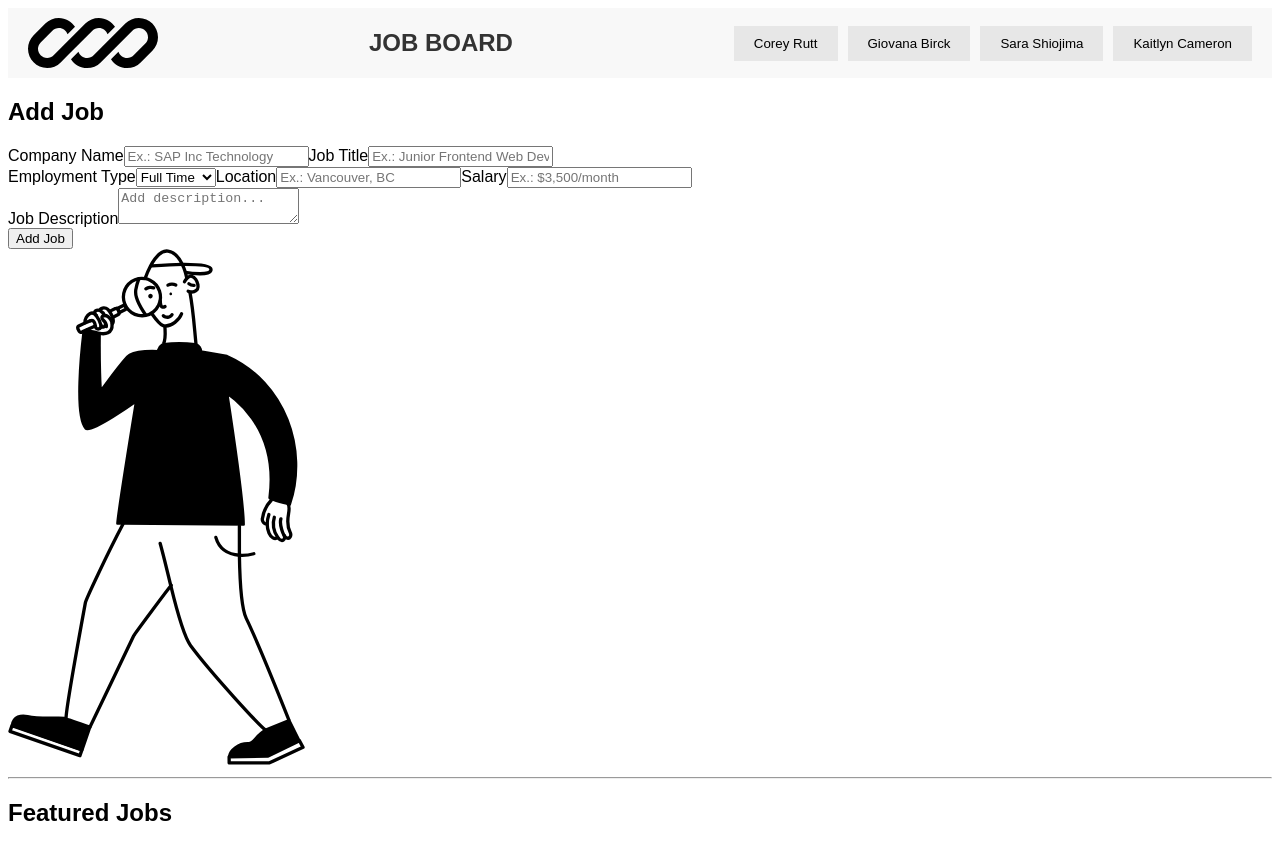
Repository: kcameron37/Final-Project-FrontEnd
Page: /
The author's editor kept a copy of each file at every save. The page is drawn from the files as they stood at one save, then again after the next save.
The browser window is 1280 px wide. The pictures show the whole page.
The project was rebuilt for these pictures with package versions that can differ from the ones it lists, and the page was loaded fresh each time.

Above is the page before, as saved 2023-11-14 20:02:43.

### src/App.js
import React, { useState } from 'react';

import styles from './styles.css';

import JobList from './components/JobList.js';
import AddJob from './components/AddJob.js';
import NavBar from './components/NavBar.js';


export default function App() {
  const [jobs, setJobs] = useState([]);

  const addJob = (job) => {
    setJobs([...jobs, job]);
  };

  const deleteJob = (index) => {
    const newJobs = jobs.filter((_, idx) => idx !== index);
    setJobs(newJobs);
  };

  return (
    <div className="App">
      <NavBar />
      <AddJob addJob={addJob} />
      <JobList jobs={jobs} deleteJob={deleteJob} />
    </div>
  );
}

### src/styles.css
.App {
  font-family: 'Rubik', sans-serif;
}

### src/components/JobList.js
import React from 'react';

export default function JobList({ jobs, deleteJob }) {
  return (
    <div>
      <hr />
      <h2>Featured Jobs</h2>
      {
        jobs.map((job, index) => (
          <div key={index} className="job-item">
            <h3>{job.jobTitle}</h3>
            <button onClick={() => console.log('Make Edit Do Something')}>Edit</button>
            <button onClick={() => deleteJob(index)}>Delete</button>
            <p>{job.companyName} • {job.employment} • {job.location} • {job.salary}</p>
            <p>{job.description}</p>
            <hr />
          </div>
        ))
      }
    </div>
  );
}

### src/components/AddJob.js
import React, { useState } from 'react';
import styles from './addJob.module.css';


export default function AddJob({ addJob }) {

    const [job, setJob] = useState({
        companyName: '',
        jobTitle: '',
        employment: 'Full Time',
        location: '',
        salary: '',
        description: ''
    });

    const handleSubmit = (e) => {
        e.preventDefault();
        addJob(job);
        setJob({ companyName: '', jobTitle: '', employment: 'Full Time', location: '', salary: '', description: '' });
    }

    const handleChange = (e) => {
        setJob({ ...job, [e.target.name]: e.target.value });
    };

    return (
        <form onSubmit={handleSubmit} className={styles.formContainer}>
            <h2>Add Job</h2>
            <div>
                <label>Company Name</label>
                <input
                    type="text"
                    name="companyName"
                    value={job.companyName}
                    onChange={handleChange}
                    placeholder="Ex.: SAP Inc Technology"
                />

                <label>Job Title</label>
                <input
                    type="text"
                    name="jobTitle"
                    value={job.jobTitle}
                    onChange={handleChange}
                    placeholder="Ex.: Junior Frontend Web Developer"
                />
            </div>

            <div>
                <label>Employment Type</label>
                <select name="employment" value={job.employment} onChange={handleChange}>
                    <option value="Full Time">Full Time</option>
                    <option value="Part Time">Part Time</option>
                </select>

                <label>Location</label>
                <input
                    type="text"
                    name="location"
                    value={job.location}
                    onChange={handleChange}
                    placeholder="Ex.: Vancouver, BC"
                />

                <label>Salary</label>
                <input
                    type="text"
                    name="salary"
                    value={job.salary}
                    onChange={handleChange}
                    placeholder="Ex.: $3,500/month"
                />
            </div>

            <div>
                <label>Job Description</label>
                <textarea
                    name="description"
                    value={job.description}
                    onChange={handleChange}
                    placeholder="Add description..."
                />
            </div>
            <button type="submit">Add Job</button>

            <div>
                <img src="/images/man.svg" alt="Logo" />
            </div>
        </form>
    );
}

### src/components/NavBar.js
import React from 'react';
import styles from './navBar.module.css';

export default function NavBar() {
    return (
        <div className={styles.navBar}>
            <img src="/images/logo.svg" alt="Logo" />
            <h2>JOB BOARD</h2>
            <div>
                <button>Corey Rutt</button>
                <button>Giovana Birck</button>
                <button>Sara Shiojima</button>
                <button>Kaitlyn Cameron</button>
            </div>
        </div>
    );
}

### src/components/navBar.module.css
.navBar {
    background-color: #f8f8f8;
    padding: 10px 20px;
    display: flex;
    align-items: center;
    justify-content: space-between;
  }

  .navBar img {
    height: 50px;
  }

  .navBar h2 {
    margin: 0;
    padding: 0;
    font-size: 24px;
    color: #333;
  }

  .navBar button {
    background-color: #e7e7e7;
    border: none;
    padding: 10px 20px;
    margin-left: 10px;
    cursor: pointer;
    transition: background-color 0.3s;
  }

  .navBar button:hover {
    background-color: #d7d7d7;
  }

### src/components/addJob.module.css
.form-container {
    max-width: 800px; /* Adjust the width as necessary */
    margin: 0 auto;
    padding: 20px;
    font-family: 'Rubik', sans-serif; /* Assuming you've imported the Rubik font as mentioned earlier */
}

Loaded but not shown: public/index.html (common file); src/index.js (common file)

After the next save:
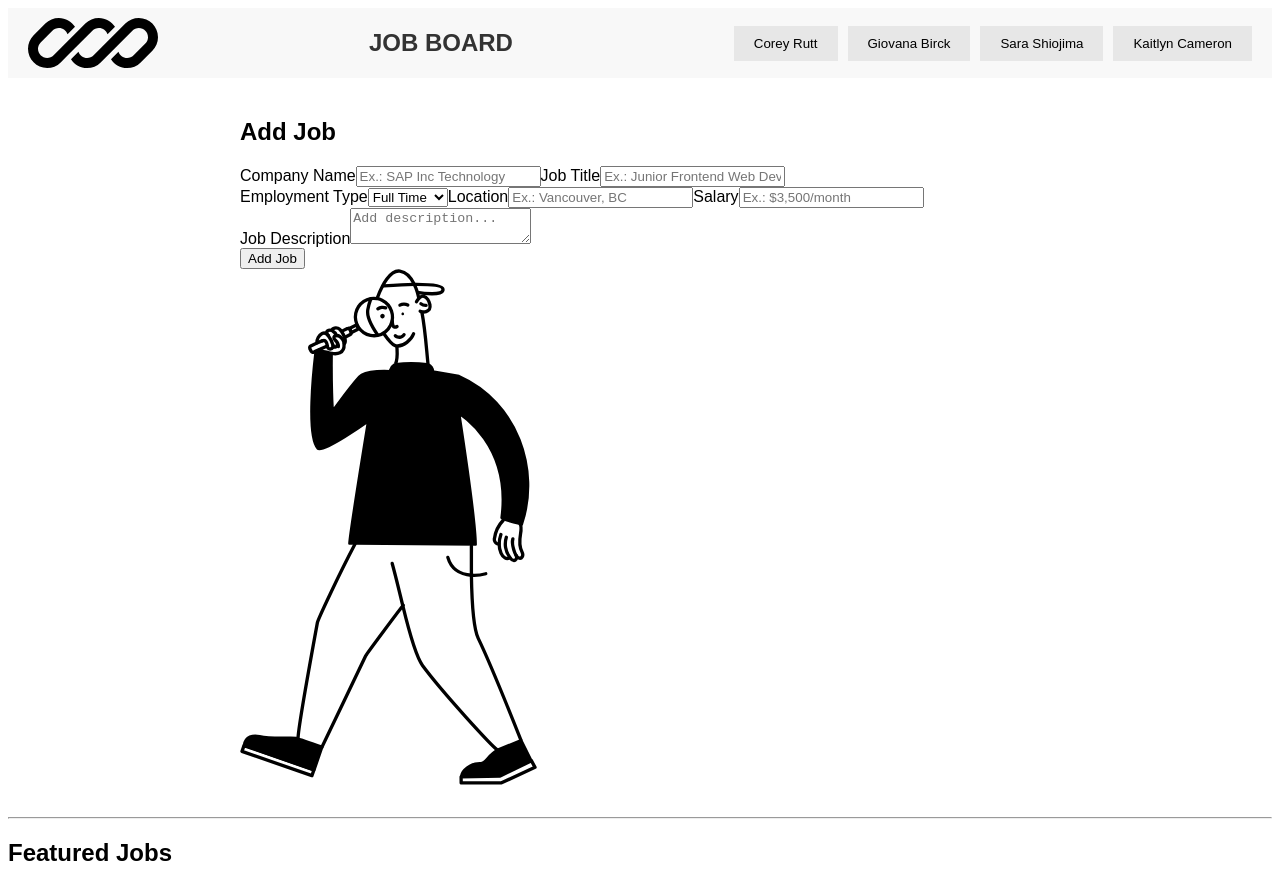
Saved 14 s later.
--- a/src/components/addJob.module.css
+++ b/src/components/addJob.module.css
@@ -1,4 +1,4 @@
-.form-container {
+.formContainer {
     max-width: 800px; /* Adjust the width as necessary */
     margin: 0 auto;
     padding: 20px;
